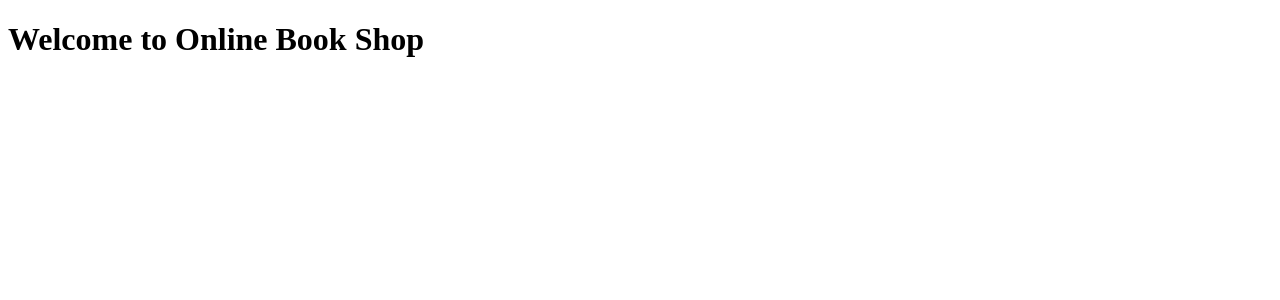
Repository: paridhi3/Java-Training
Page: shop/src/main/resources/static/index.html
These files come from the project's save history. The page is drawn as it stood at one moment and after the next save; the edit follows.
The browser window is 1280 px wide. The pictures show the whole page.

Above is the page before, as saved 2025-02-26 11:15:29.

After the next save:
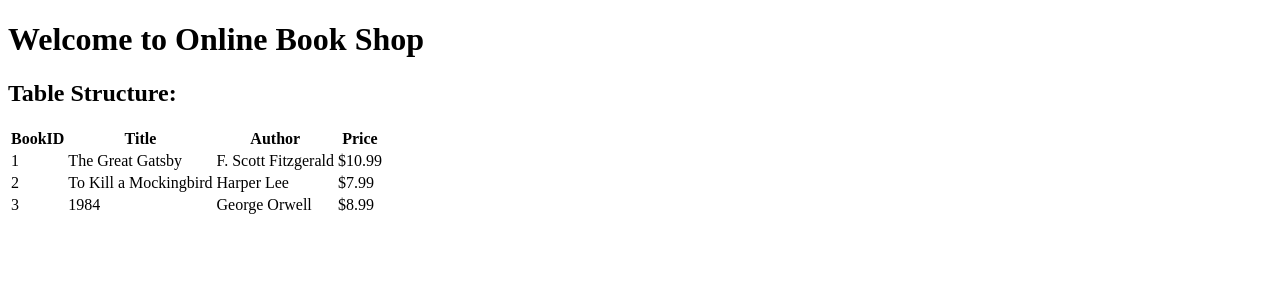
Saved 3 min 30 s later.
--- a/shop/src/main/resources/static/index.html
+++ b/shop/src/main/resources/static/index.html
@@ -5,6 +5,34 @@
 <title>Insert title here</title>
 </head>
 <body>
-<h1>Welcome to Online Book Shop</h1>
+	<h1>Welcome to Online Book Shop</h1>
+
+    <h2>Table Structure:</h2>
+    <table>
+        <tr>
+            <th>BookID</th>
+            <th>Title</th>
+            <th>Author</th>
+            <th>Price</th>
+        </tr>
+        <tr>
+            <td>1</td>
+            <td>The Great Gatsby</td>
+            <td>F. Scott Fitzgerald</td>
+            <td>$10.99</td>
+        </tr>
+        <tr>
+            <td>2</td>
+            <td>To Kill a Mockingbird</td>
+            <td>Harper Lee</td>
+            <td>$7.99</td>
+        </tr>
+        <tr>
+            <td>3</td>
+            <td>1984</td>
+            <td>George Orwell</td>
+            <td>$8.99</td>
+        </tr>
+    </table>
 </body>
 </html>
